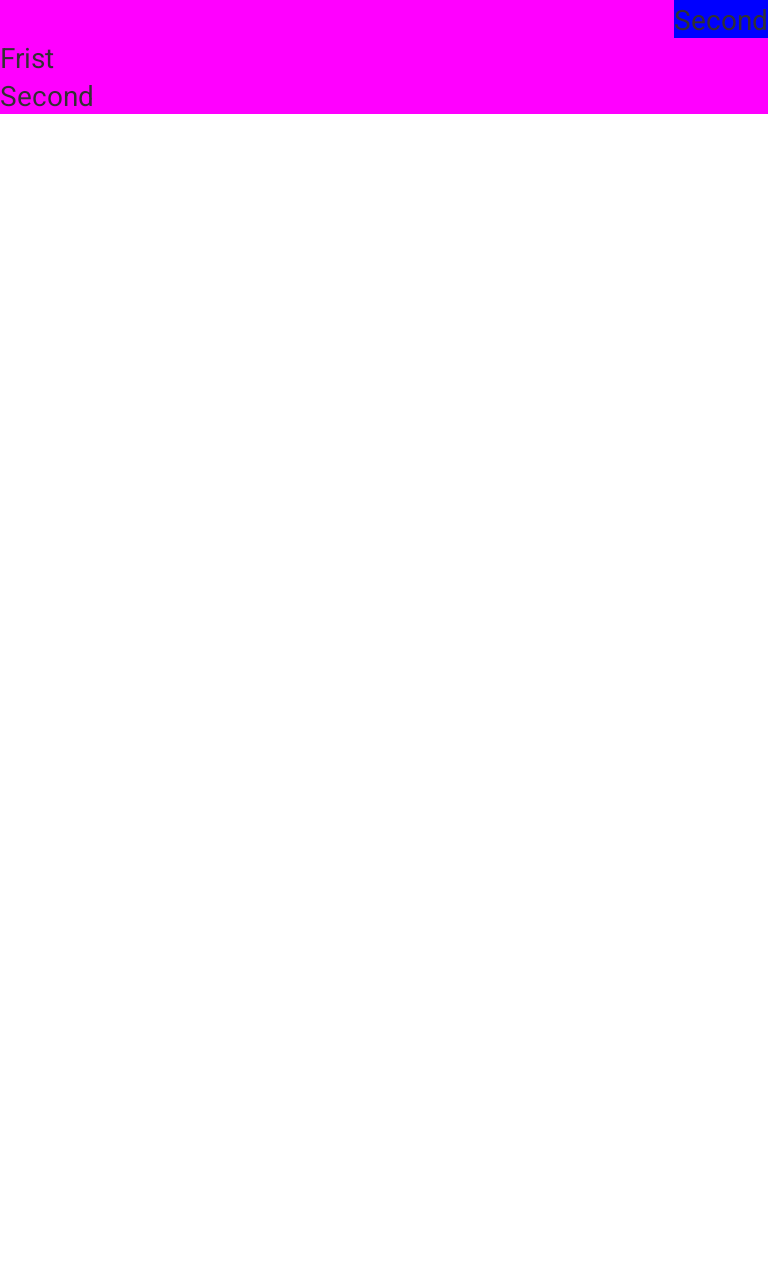
Repository: ling-cen/demo
Layout: Layout_1/res/layout/linner_layout_4.xml
These files come from the project's save history. The layout is drawn as it stood at one moment and after the next save; the edit follows.
It is drawn on a 768 x 1280 px phone screen (xhdpi) without system bars, with theme AppTheme; the app's code is not run.

Above is the layout before, as saved 2018-12-12 09:14:01.

### Layout_1/res/layout/linner_layout_4.xml
<?xml version="1.0" encoding="utf-8"?>
<LinearLayout xmlns:android="http://schemas.android.com/apk/res/android"
    android:layout_width="match_parent"
    android:layout_height="match_parent"
    android:orientation="vertical" >

    <LinearLayout
        android:layout_width="match_parent"
        android:layout_height="wrap_content"
        android:background="#ff00ff"
        android:orientation="horizontal" >

        <TextView
            android:layout_width="wrap_content"
            android:layout_height="0dp"
            android:layout_weight="1"
            android:background="#ff00ff"
            android:text="Frist" />

        <TextView
            android:layout_width="wrap_content"
            android:layout_height="wrap_content"
            android:background="#0000ff"
            android:text="Second" />
    </LinearLayout>

    <LinearLayout
        android:layout_width="match_parent"
        android:layout_height="wrap_content"
        android:background="#ff00ff"
        android:orientation="vertical" >

        <TextView
            android:layout_width="wrap_content"
            android:layout_height="wrap_content"
            android:text="Frist" />

        <TextView
            android:layout_width="wrap_content"
            android:layout_height="wrap_content"
            android:text="Second" />
    </LinearLayout>

</LinearLayout>

Loaded but not shown: Layout_1/res/values/styles.xml (common file); Layout_1/res/values-v11/styles.xml (common file); Layout_1/res/values-v14/styles.xml (common file)

After the next save:
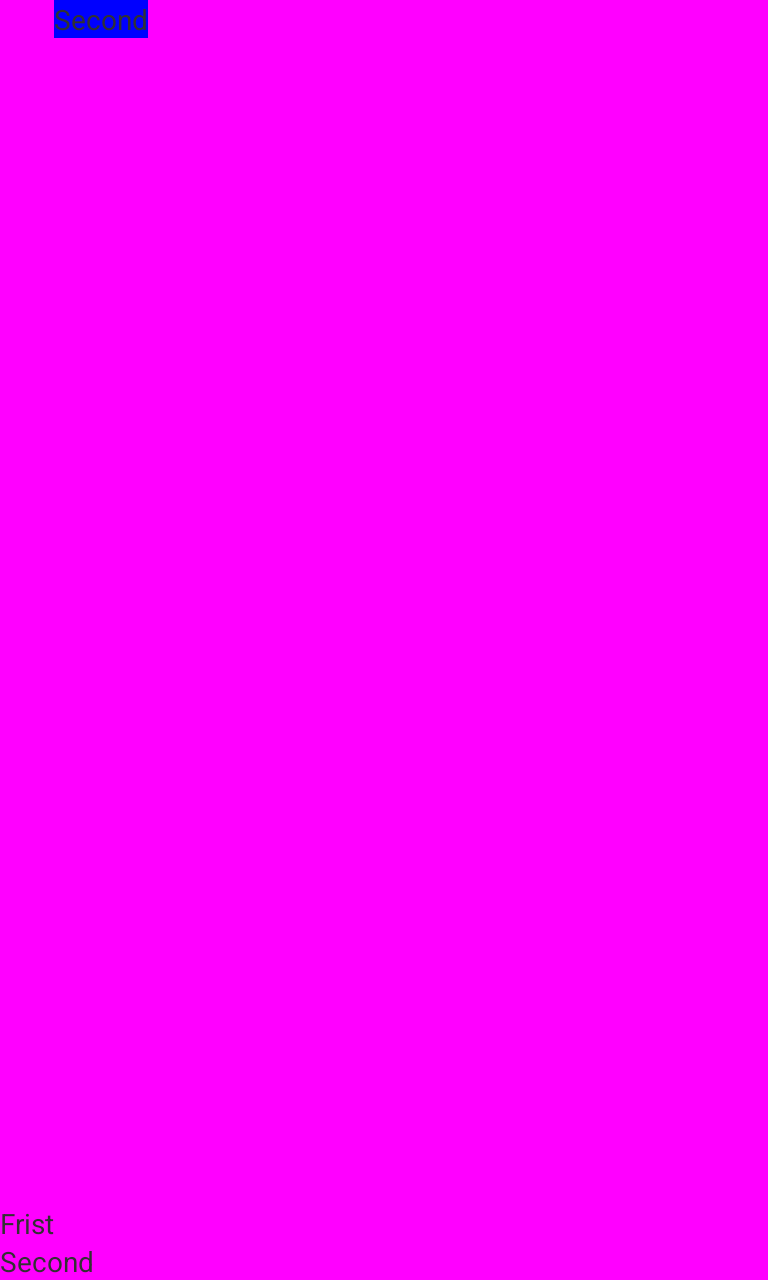
Saved 18 s later.
--- a/Layout_1/res/layout/linner_layout_4.xml
+++ b/Layout_1/res/layout/linner_layout_4.xml
@@ -6,14 +6,13 @@
 
     <LinearLayout
         android:layout_width="match_parent"
-        android:layout_height="wrap_content"
+        android:layout_height="0dp"
+        android:layout_weight="1"
         android:background="#ff00ff"
         android:orientation="horizontal" >
 
         <TextView
             android:layout_width="wrap_content"
-            android:layout_height="0dp"
-            android:layout_weight="1"
             android:background="#ff00ff"
             android:text="Frist" />
 
